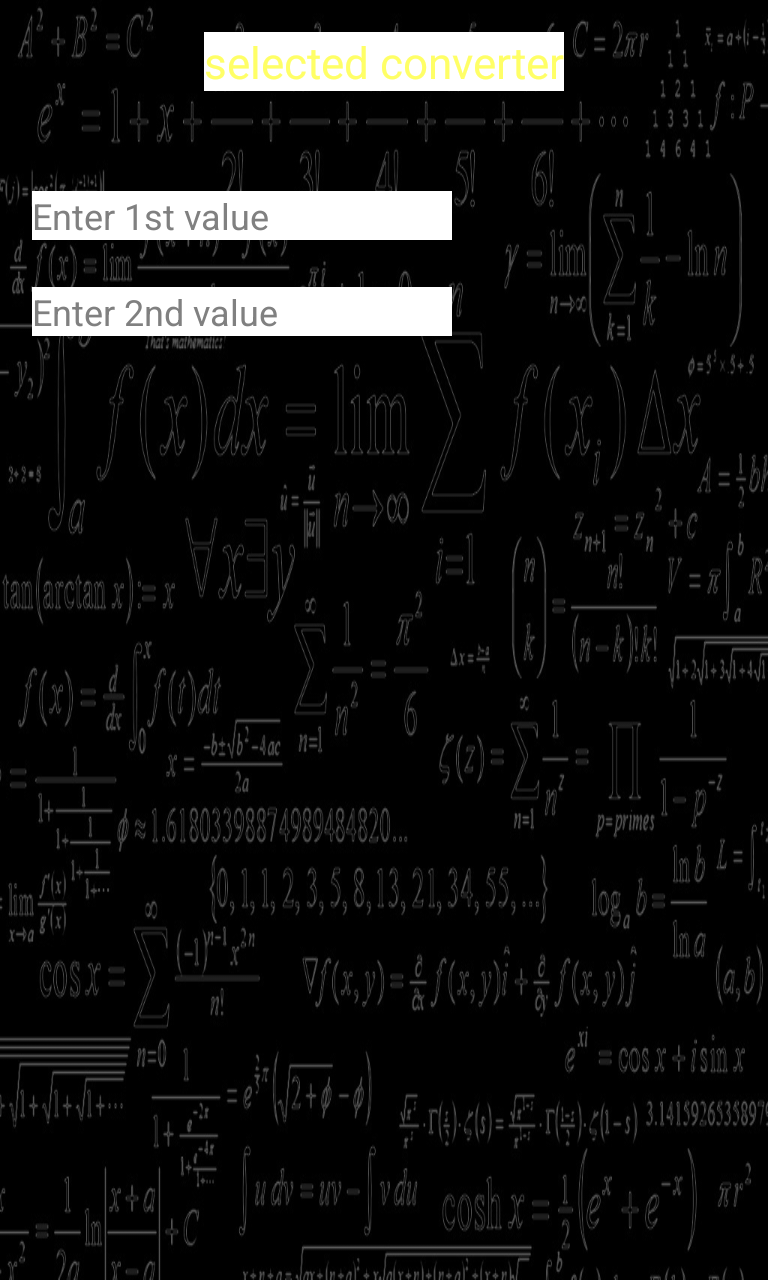
Repository: priyankaaj/practiced-apps
Layout: newProject/res/layout/converterlandscapemode.xml
The author's editor kept a copy of each file at every save. The layout is drawn from the files as they stood at one save, then again after the next save.
It is drawn on a 768 x 1280 px phone screen (xhdpi) without system bars, with theme AppTheme; the app's code is not run.

Above is the layout before, as saved 2015-09-28 17:42:13.

### newProject/res/layout/converterlandscapemode.xml
<RelativeLayout xmlns:android="http://schemas.android.com/apk/res/android"
    xmlns:tools="http://schemas.android.com/tools"
    android:layout_width="match_parent"
    android:layout_height="match_parent"
    android:background="@drawable/maths_wallpaper"
    android:paddingBottom="@dimen/activity_vertical_margin"
    android:paddingLeft="@dimen/activity_horizontal_margin"
    android:paddingRight="@dimen/activity_horizontal_margin"
    android:paddingTop="@dimen/activity_vertical_margin"
    tools:context=".MainActivity" >

    <Spinner
        android:id="@+id/spinnerconvertoptions"
        android:layout_width="wrap_content"
        android:layout_height="wrap_content"
        android:layout_below="@+id/selectedconverter"
        android:layout_marginTop="19dp"
        android:background="#ffffff"
        android:textColor="#000000" />

    <TextView
        android:id="@+id/selectedconverter"
        android:layout_width="wrap_content"
        android:layout_height="wrap_content"
        android:layout_alignParentTop="true"
        android:layout_centerHorizontal="true"
        android:background="#ffffff"
        android:text="selected converter"
        android:textAppearance="?android:attr/textAppearanceLarge"
        android:textColor="#FFFF66" />

    <EditText
        android:id="@+id/entvalue1"
        android:layout_width="wrap_content"
        android:layout_height="wrap_content"
        android:layout_alignLeft="@+id/spinnerconvertoptions"
        android:layout_below="@+id/spinnerconvertoptions"
        android:layout_marginTop="31dp"
        android:background="#ffffff"
        android:ems="10"
        android:hint="Enter 1st value"
        android:textColor="#000000" />

    <EditText
        android:id="@+id/entvalue2"
        android:layout_width="wrap_content"
        android:layout_height="wrap_content"
        android:layout_alignLeft="@+id/entvalue1"
        android:layout_below="@+id/buttonsubmit"
        android:background="#ffffff"
        android:ems="10"
        android:hint="Enter 2nd value"
        android:textColor="#000000" />

    <Button
        android:id="@+id/buttonsubmit"
        android:layout_width="wrap_content"
        android:layout_height="wrap_content"
        android:layout_alignTop="@+id/entvalue1"
        android:layout_marginRight="58dp"
        android:layout_toLeftOf="@+id/buttoncancel"
        android:background="#ffffff"
        android:text="Submit"
        android:textColor="#000000" />

    <Button
        android:id="@+id/buttoncancel"
        android:layout_width="wrap_content"
        android:layout_height="wrap_content"
        android:layout_above="@+id/entvalue2"
        android:layout_alignRight="@+id/spinnerconvertoptions"
        android:layout_marginRight="43dp"
        android:background="#ffffff"
        android:text="Reset"
        android:textColor="#000000" />

</RelativeLayout>

Loaded but not shown: newProject/res/values/styles.xml (common file); newProject/res/values-v11/styles.xml (common file); newProject/res/values-v14/styles.xml (common file); newProject/res/values/dimens.xml (common file)

After the next save:
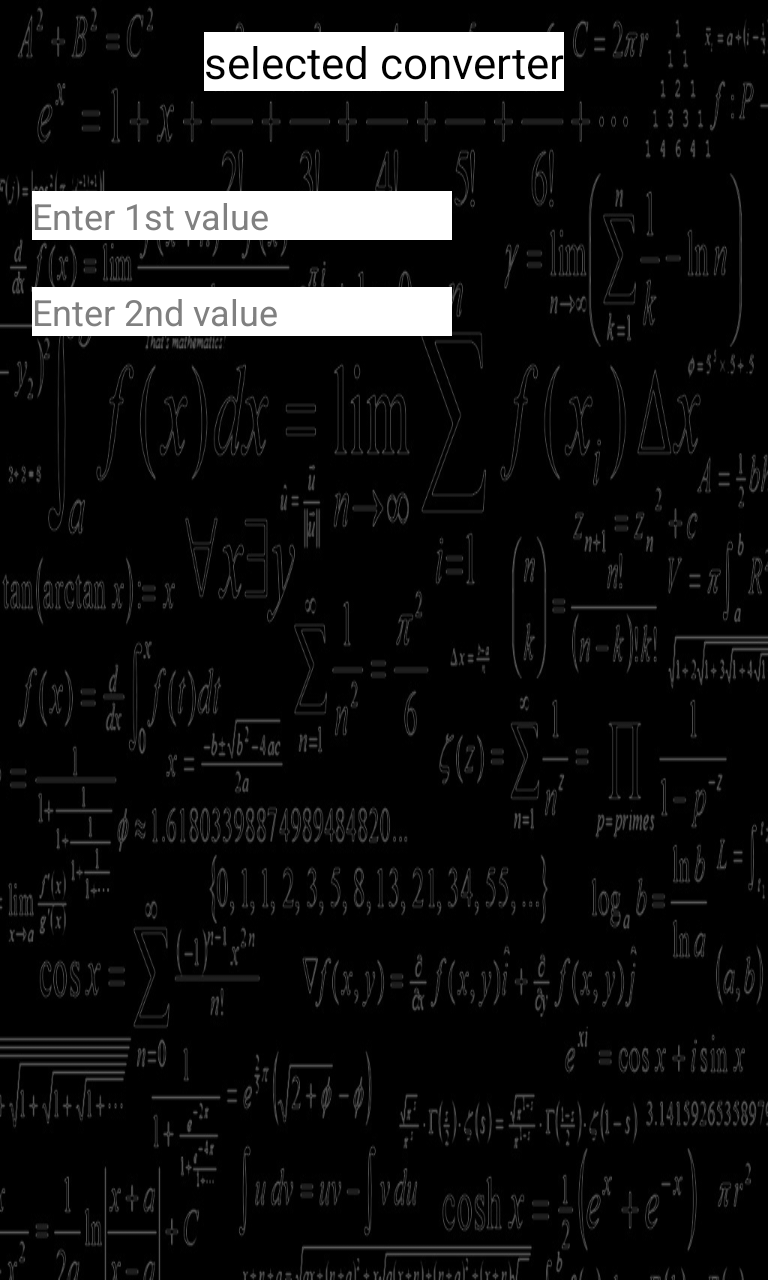
Saved 5 s later.
--- a/newProject/res/layout/converterlandscapemode.xml
+++ b/newProject/res/layout/converterlandscapemode.xml
@@ -27,7 +27,7 @@
         android:background="#ffffff"
         android:text="selected converter"
         android:textAppearance="?android:attr/textAppearanceLarge"
-        android:textColor="#FFFF66" />
+        android:textColor="#000000" />
 
     <EditText
         android:id="@+id/entvalue1"
